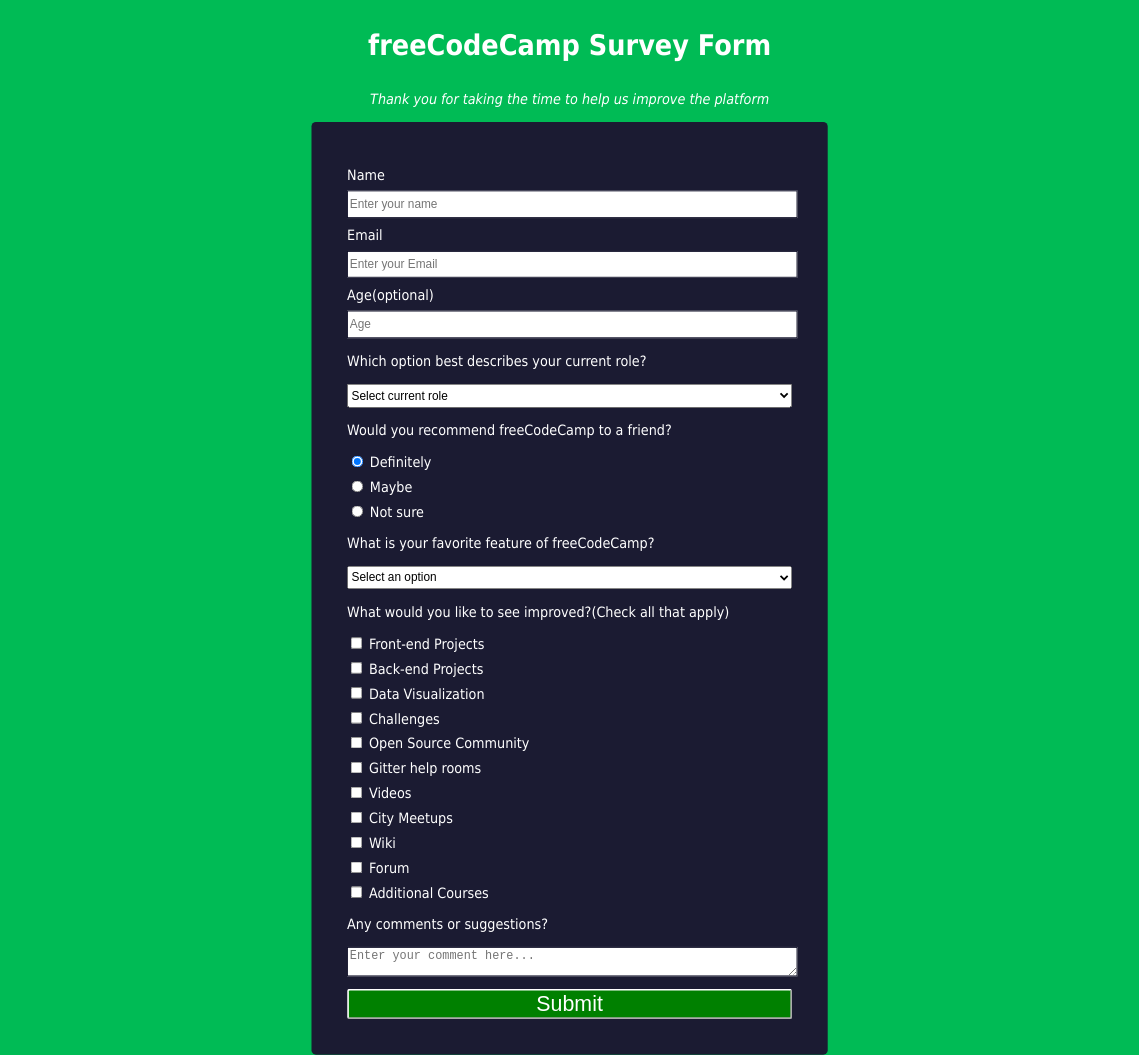
Repository: Lungdjos/survey_form_certification
Page: index.html
These files come from the project's save history. The page is drawn as it stood at one moment and after a run of saves; the edit follows.
The browser window is 1280 px wide. The pictures show the whole page, at 89% of full size.

Above is the page before, as saved 2023-10-10 12:58:06.

After the next 2 saves:
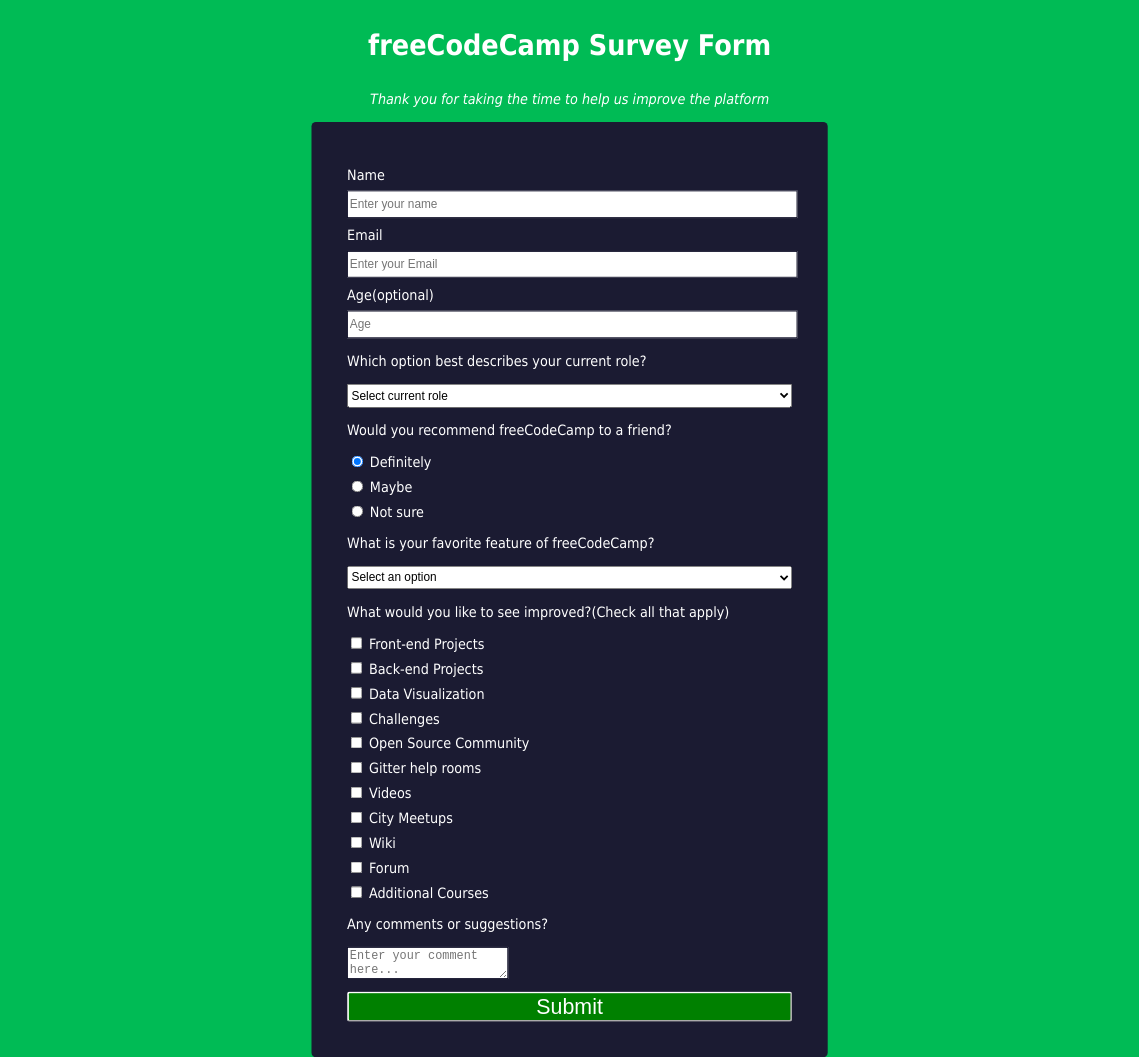
The 2 saves are shown as one change because they came seconds apart.
The last was saved 10 s later.
--- a/styles.css
+++ b/styles.css
@@ -98,8 +98,7 @@
 input[type="text"],
 input[type="email"],
 input[type="number"],
-select,
-textarea {
+select {
     width: 100%;
     margin: auto;
     height: 2em;
